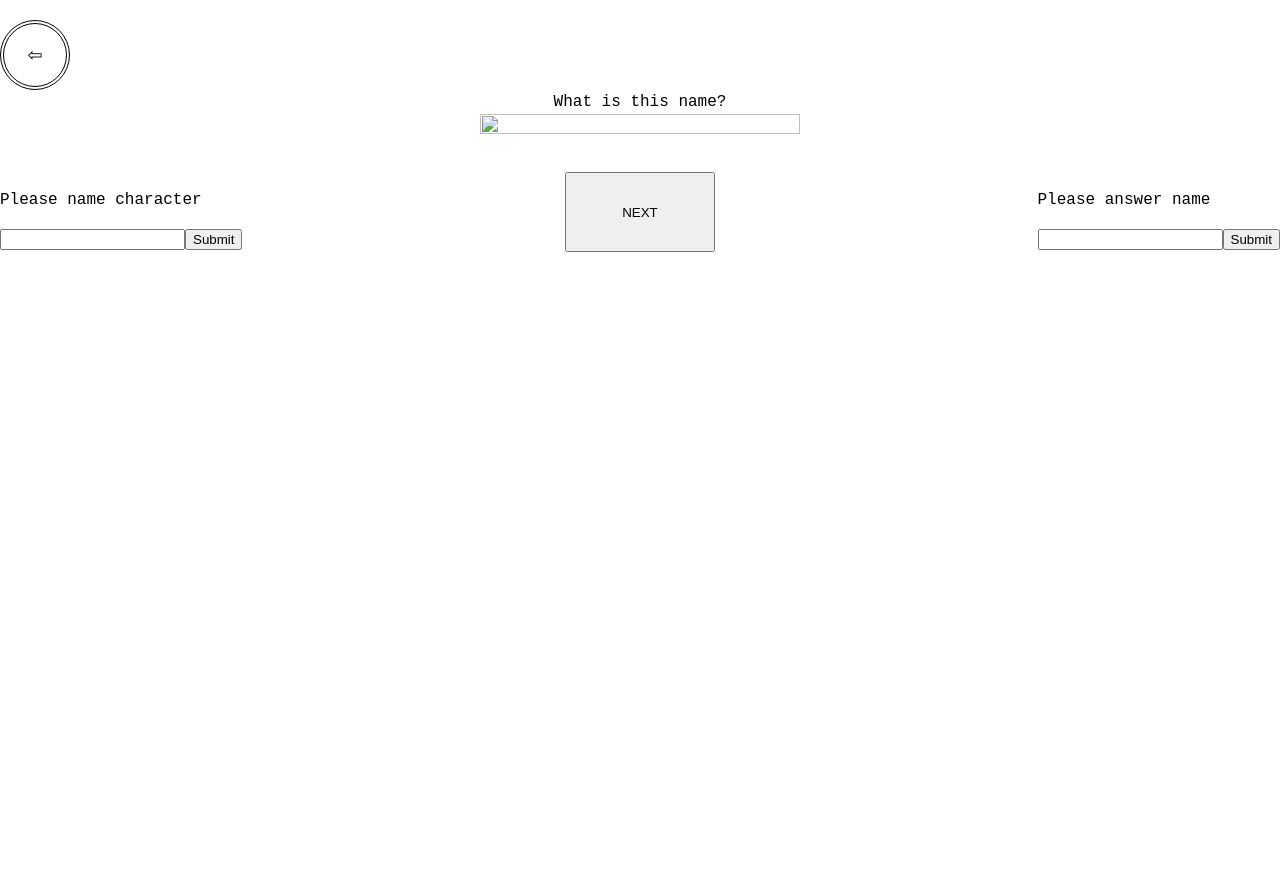
Repository: Mush-s/Folio-OX
Page: /nanmon
These files come from the project's save history. The page is drawn as it stood at one moment and after the next save; the edit follows.
The browser window is 1280 px wide. The pictures show the whole page.
The page's requests for data from a server got no answer. The project was rebuilt for these pictures with package versions that can differ from the ones it lists, and the page was loaded fresh each time. No one was signed in, and anything a server would have sent is missing. Also part of the build but not shown: src/TicTacToe/AfterGame/AfterGame.css, src/TicTacToe/AfterGame/AfterGame.js, src/TicTacToe/Game/Cell.css, src/TicTacToe/Game/Cell.js, src/TicTacToe/Patterns/Pattern.js, src/TicTacToe/Game/GameButtons/GameButtons.css, src/TicTacToe/Game/GameButtons/GameButtons.js, src/TicTacToe/Game/Game.js and 2 more.

Above is the page before, as saved 2022-09-08 19:48:48.

### src/index.js
import { createRoot } from "react-dom/client";
import { BrowserRouter } from "react-router-dom";
import ReactDOM from "react-dom";
import AfterGame from "./TicTacToe/AfterGame/AfterGame";

import App from "./App";
const container = document.getElementById("root");
const root = createRoot(container);
root.render(
  <BrowserRouter>
    <App />
  </BrowserRouter>
);

export const OverLay = (props) => {
  return ReactDOM.createPortal(
    <AfterGame
      onClick={props.onClick}
      result={props.result}
    />,
    document.getElementById("portal")
  );
};

### src/App.js
import "./App.css";
import Game from "./TicTacToe/Game/Game";
import Game1 from "./NanMon/Game/Game1";
import Start from "./Start/Start";
import { Route, Routes } from "react-router-dom";

const App = () => {
  return (
    <div className="app">
      <Routes>
        <Route path="/" element={<Start />} />
        <Route path="/tictactou" element={<Game />} />
        <Route path="/nanmon" element={<Game1 />} />
      </Routes>
    </div>
  );
};

export default App;

### src/App.css
.app {
  position: relative;
  height: 120vh;
  width: 100%;
  background-color: rgba(255, 255, 255, 0.831);
  font-family: "Courier New", Courier, monospace;
  /* background-image: url(https://png.pngtree.com/thumb_back/fh260/background/20210308/pngtree-vs-versus-challenge-gaming-background-banner-blue-image_582152.jpg);
  background-size: contain; */
}
/* Document
 * ========================================================================== */

/**
 * 1. Add border box sizing in all browsers (opinionated).
 * 2. Backgrounds do not repeat by default (opinionated).
 */

*,
::before,
::after {
  box-sizing: border-box; /* 1 */
  background-repeat: no-repeat; /* 2 */
}

/**
  * 1. Add text decoration inheritance in all browsers (opinionated).
  * 2. Add vertical alignment inheritance in all browsers (opinionated).
  */

::before,
::after {
  text-decoration: inherit; /* 1 */
  vertical-align: inherit; /* 2 */
}

/**
  * 1. Use the default cursor in all browsers (opinionated).
  * 2. Change the line height in all browsers (opinionated).
  * 3. Breaks words to prevent overflow in all browsers (opinionated).
  * 4. Use a 4-space tab width in all browsers (opinionated).
  * 5. Remove the grey highlight on links in iOS (opinionated).
  * 6. Prevent adjustments of font size after orientation changes in iOS.
  */

:where(:root) {
  cursor: default; /* 1 */
  line-height: 1.5; /* 2 */
  overflow-wrap: break-word; /* 3 */
  -moz-tab-size: 4; /* 4 */
  tab-size: 4; /* 4 */
  -webkit-tap-highlight-color: transparent; /* 5 */
  -webkit-text-size-adjust: 100%; /* 6 */
  text-size-adjust: 100%; /* 6 */
}

/* Sections
  * ========================================================================== */

/**
  * Remove the margin in all browsers (opinionated).
  */

:where(body) {
  margin: 0;
}

/**
  * Correct the font size and margin on `h1` elements within `section` and
  * `article` contexts in Chrome, Edge, Firefox, and Safari.
  */

:where(h1) {
  font-size: 2em;
  margin: 0.67em 0;
}

/* Grouping content
  * ========================================================================== */

/**
  * Remove the margin on nested lists in Chrome, Edge, and Safari.
  */

:where(dl, ol, ul) :where(dl, ol, ul) {
  margin: 0;
}

/**
  * 1. Correct the inheritance of border color in Firefox.
  * 2. Add the correct box sizing in Firefox.
  */

:where(hr) {
  color: inherit; /* 1 */
  height: 0; /* 2 */
}

/**
  * Remove the list style on navigation lists in all browsers (opinionated).
  */

:where(nav) :where(ol, ul) {
  list-style-type: none;
  padding: 0;
}

/**
  * Prevent VoiceOver from ignoring list semantics in Safari (opinionated).
  */

:where(nav li)::before {
  content: "\200B";
  float: left;
}

/**
  * 1. Correct the inheritance and scaling of font size in all browsers.
  * 2. Correct the odd `em` font sizing in all browsers.
  * 3. Prevent overflow of the container in all browsers (opinionated).
  */

:where(pre) {
  font-family: monospace, monospace; /* 1 */
  font-size: 1em; /* 2 */
  overflow: auto; /* 3 */
}

/* Text-level semantics
  * ========================================================================== */

/**
  * Add the correct text decoration in Safari.
  */

:where(abbr[title]) {
  text-decoration: underline;
  text-decoration: underline dotted;
}

/**
  * Add the correct font weight in Chrome, Edge, and Safari.
  */

:where(b, strong) {
  font-weight: bolder;
}

/**
  * 1. Correct the inheritance and scaling of font size in all browsers.
  * 2. Correct the odd `em` font sizing in all browsers.
  */

:where(code, kbd, samp) {
  font-family: monospace, monospace; /* 1 */
  font-size: 1em; /* 2 */
}

/**
  * Add the correct font size in all browsers.
  */

:where(small) {
  font-size: 80%;
}

/* Embedded content
  * ========================================================================== */

/*
  * Change the alignment on media elements in all browsers (opinionated).
  */

:where(audio, canvas, iframe, img, svg, video) {
  vertical-align: middle;
}

/**
  * Remove the border on iframes in all browsers (opinionated).
  */

:where(iframe) {
  border-style: none;
}

/**
  * Change the fill color to match the text color in all browsers (opinionated).
  */

:where(svg:not([fill])) {
  fill: currentColor;
}

/* Tabular data
  * ========================================================================== */

/**
  * 1. Collapse border spacing in all browsers (opinionated).
  * 2. Correct table border color in Chrome, Edge, and Safari.
  * 3. Remove text indentation from table contents in Chrome, Edge, and Safari.
  */

:where(table) {
  border-collapse: collapse; /* 1 */
  border-color: currentColor; /* 2 */
  text-indent: 0; /* 3 */
}

/* Forms
  * ========================================================================== */

/**
  * Remove the margin on controls in Safari.
  */

:where(button, input, select) {
  margin: 0;
}

/**
  * Correct the inability to style buttons in iOS and Safari.
  */

:where(button, [type="button" i], [type="reset" i], [type="submit" i]) {
  -webkit-appearance: button;
}

/**
  * Change the inconsistent appearance in all browsers (opinionated).
  */

:where(fieldset) {
  border: 1px solid #a0a0a0;
}

/**
  * Add the correct vertical alignment in Chrome, Edge, and Firefox.
  */

:where(progress) {
  vertical-align: baseline;
}

/**
  * 1. Remove the margin in Firefox and Safari.
  * 3. Change the resize direction in all browsers (opinionated).
  */

:where(textarea) {
  margin: 0; /* 1 */
  resize: vertical; /* 3 */
}

/**
  * 1. Correct the odd appearance in Chrome, Edge, and Safari.
  * 2. Correct the outline style in Safari.
  */

:where([type="search" i]) {
  -webkit-appearance: textfield; /* 1 */
  outline-offset: -2px; /* 2 */
}

/**
  * Correct the cursor style of increment and decrement buttons in Safari.
  */

::-webkit-inner-spin-button,
::-webkit-outer-spin-button {
  height: auto;
}

/**
  * Correct the text style of placeholders in Chrome, Edge, and Safari.
  */

::-webkit-input-placeholder {
  color: inherit;
  opacity: 0.54;
}

/**
  * Remove the inner padding in Chrome, Edge, and Safari on macOS.
  */

::-webkit-search-decoration {
  -webkit-appearance: none;
}

/**
  * 1. Correct the inability to style upload buttons in iOS and Safari.
  * 2. Change font properties to `inherit` in Safari.
  */

::-webkit-file-upload-button {
  -webkit-appearance: button; /* 1 */
  font: inherit; /* 2 */
}

/* Interactive
  * ========================================================================== */

/*
  * Add the correct styles in Safari.
  */

:where(dialog) {
  background-color: white;
  border: solid;
  color: black;
  height: -moz-fit-content;
  height: fit-content;
  left: 0;
  margin: auto;
  padding: 1em;
  position: absolute;
  right: 0;
  width: -moz-fit-content;
  width: fit-content;
}

:where(dialog:not([open])) {
  display: none;
}

/*
  * Add the correct display in Safari.
  */

:where(details > summary:first-of-type) {
  display: list-item;
}

/* Accessibility
  * ========================================================================== */

/**
  * Change the cursor on busy elements in all browsers (opinionated).
  */

:where([aria-busy="true" i]) {
  cursor: progress;
}

/*
  * Change the cursor on disabled, not-editable, or otherwise
  * inoperable elements in all browsers (opinionated).
  */

:where([aria-disabled="true" i], [disabled]) {
  cursor: not-allowed;
}

/*
  * Change the display on visually hidden accessible elements
  * in all browsers (opinionated).
  */

:where([aria-hidden="false" i][hidden]) {
  display: initial;
}

:where([aria-hidden="false" i][hidden]:not(:focus)) {
  clip: rect(0, 0, 0, 0);
  position: absolute;
}

a:-webkit-any-link {
  color: black;
  text-decoration: none;
}

button {
  cursor: pointer;
}

ul {
  padding-inline-start: 0;
  margin-block-start: 0;
}

### src/NanMon/Game/Game1.js
import { useEffect, useState } from "react";
import Back from "../../Components/Back/Back";
import Character from "./Character/Character";
import "./Game1.css";

const Game1 = () => {
  const [char, setChar] = useState([{ id: "", img: "" }]);
  const [charName, setCharName] = useState("");

  useEffect(() => {
    const fetchchara = async () => {
      const characters = await fetch(
        "https://games-31fd4-default-rtdb.firebaseio.com/Nanmon/Character.json"
      );

      if (!characters.ok) {
        console.log(characters);
      }

      const responseDate = await characters.json();
      const loadedCharacters = [];
      for (const key in responseDate) {
        loadedCharacters.push({
          id: key,
          img: responseDate[key].img,
          name: responseDate[key].name,
        });
      }
      setChar(loadedCharacters);
      console.log(charName);
    };
    fetchchara();
  }, []);

  console.log(char);
  return (
    <div className="game">
      <Back />
      <Character
        char={char}
        setChar={setChar}
        setCharName={setCharName}
        charName={charName}
      />
    </div>
  );
};
export default Game1;

### src/TicTacToe/Game/Game.css
.game{
  margin-top:20px;
  width:100%;
}
.tictactou {
  position: absolute;
  top: 25%;
  left: 50%;
  margin-right: -50%;
  transform: translate(-50%, -50%);
  height: 300px;
  width: 300px;
  display: flex;
  flex-wrap: wrap;
}

.tictactou .result {
  font-size: 40px;
  margin-bottom: 20px;
  margin-left: 20px;
}

.tictactou .timer {
  font-size: 30px;
  margin-bottom: 15px;
  margin-left: 20px;
}

.tictactou .turn {
  font-size: 30px;
  margin-left: 50px;
}

### src/Components/Back/Back.js
import "./Back.css";
import { useNavigate } from "react-router-dom";

const Back = () => {
  const navigate = useNavigate();
  const backHandler = () => {
    navigate(-1);
  };
  return (
    <button className="back" onClick={backHandler}>
      ⇦
    </button>
  );
};

export default Back;

### src/NanMon/Game/Character/Character.js
import "./Character.css";

const Character = (props) => {
  const get = props.char[Math.floor(Math.random() * props.char.length)];

  const changeHandler = (e) => {
    e.preventDefault();
    props.setCharName(e.target.value);
  };

  const answerHandler = () => {};

  const reloadHandler = (e) => {
    e.preventDefault();

    window.location.reload();
  };

  const namedHandler = (e) => {
    e.preventDefault();
    fetch(
      `https://games-31fd4-default-rtdb.firebaseio.com/Nanmon/Character/${get.id}.json`,
      {
        method: "PUT",
        headers: {
          "Content-Type": "application/json",
        },
        body: JSON.stringify({ img: get.img, name: props.charName }),
      }
    ).then((response) => {
      if (!response.ok) {
        console.log("Update error!");
        throw new Error("error");
      }
      console.log("Update ok!");
      return response.json();
    });
  };
  return (
    <>
      <div className="character">
        <div>What is this name?</div>
        <div>{get.name}</div>
        <img src={get.img} alt="" />
      </div>
      <div className="inputs">
        <form className="make-character" onSubmit={namedHandler}>
          <p>Please name character</p>
          <input value={props.charName} onChange={changeHandler} />
          <input type="submit" />
        </form>
        <button onClick={reloadHandler}>NEXT</button>
        <form className="answer-charcter" onSubmit={answerHandler}>
          <p>Please answer name</p>
          <input />
          <input type="submit" />
        </form>
      </div>
    </>
  );
};

export default Character;

### src/NanMon/Game/Game1.css
.character {
  text-align: center;
}
.inputs {
  display: flex;
  justify-content: space-between;
}
.inputs button{
    width:150px;
}

### src/Components/Back/Back.css
.back {
  width: 70px;
  height: 70px;
  font-size: 18px;
  display: inline-block;
  background: #ffffff;
  border: double 4px #000000;
  border-radius: 50%;
  text-align: center;
  overflow: hidden;
  cursor: pointer;
}

### src/NanMon/Game/Character/Character.css
.charachter {
}
.character img {
  width: 50%;
  height: 50%;
}
.inputs {
  margin-top: 30px;
}

Loaded but not shown: public/index.html (common file)

After the next save:
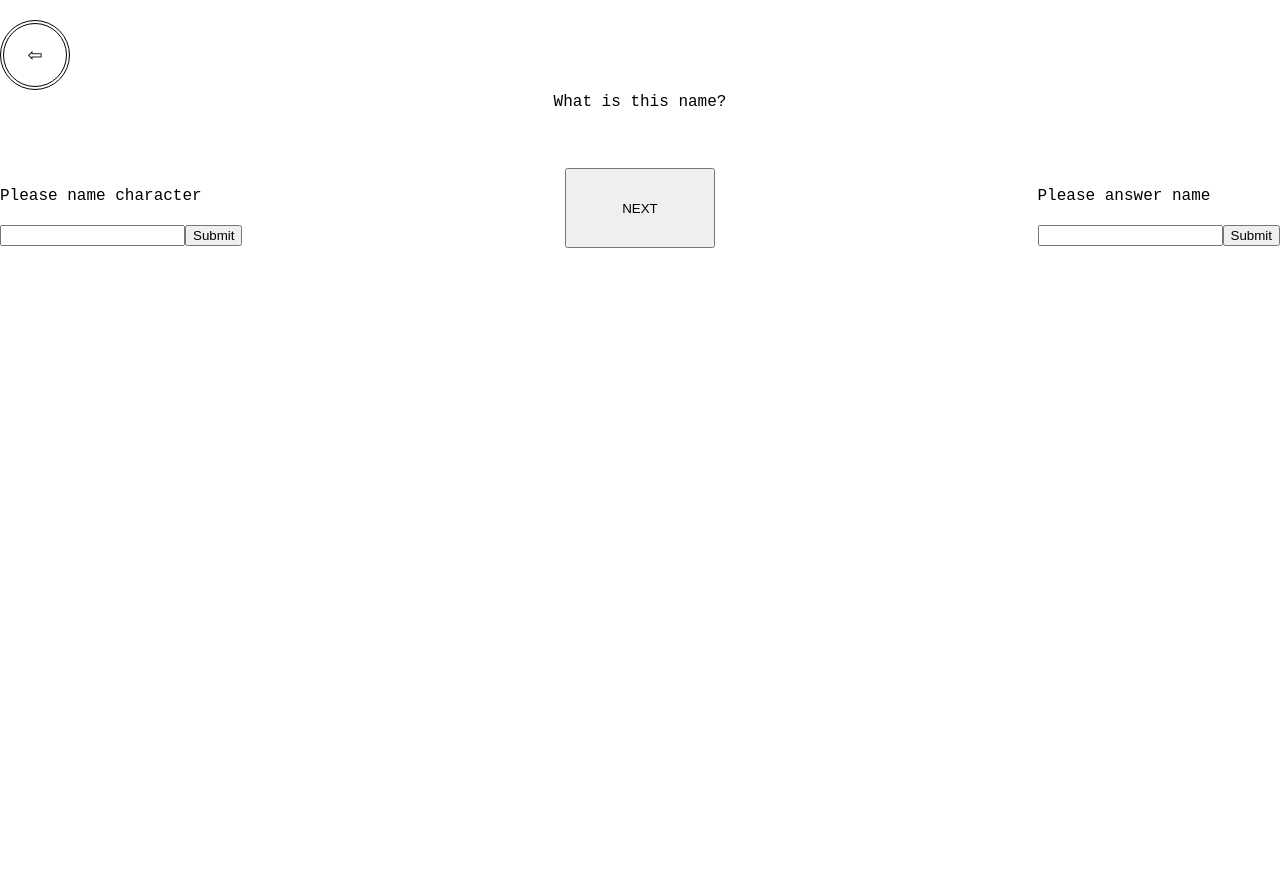
Saved 8 min 9 s later.
--- a/src/NanMon/Game/Character/Character.css
+++ b/src/NanMon/Game/Character/Character.css
@@ -1,6 +1,4 @@
-.charachter {
-}
-.character img {
+Ï.character img {
   width: 50%;
   height: 50%;
 }

After the save that followed:
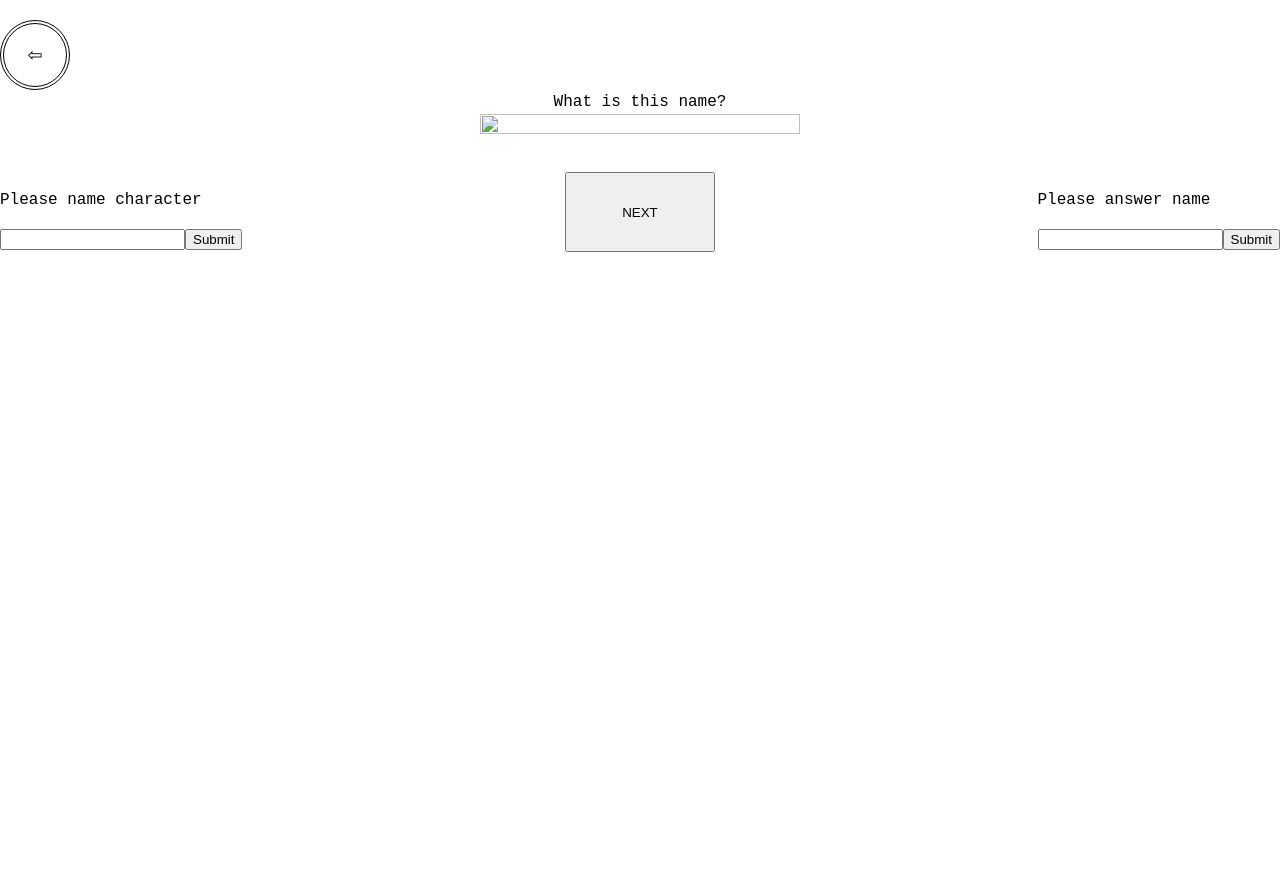
Saved 4 s later.
--- a/src/NanMon/Game/Character/Character.css
+++ b/src/NanMon/Game/Character/Character.css
@@ -1,4 +1,4 @@
-Ï.character img {
+.character img {
   width: 50%;
   height: 50%;
 }
